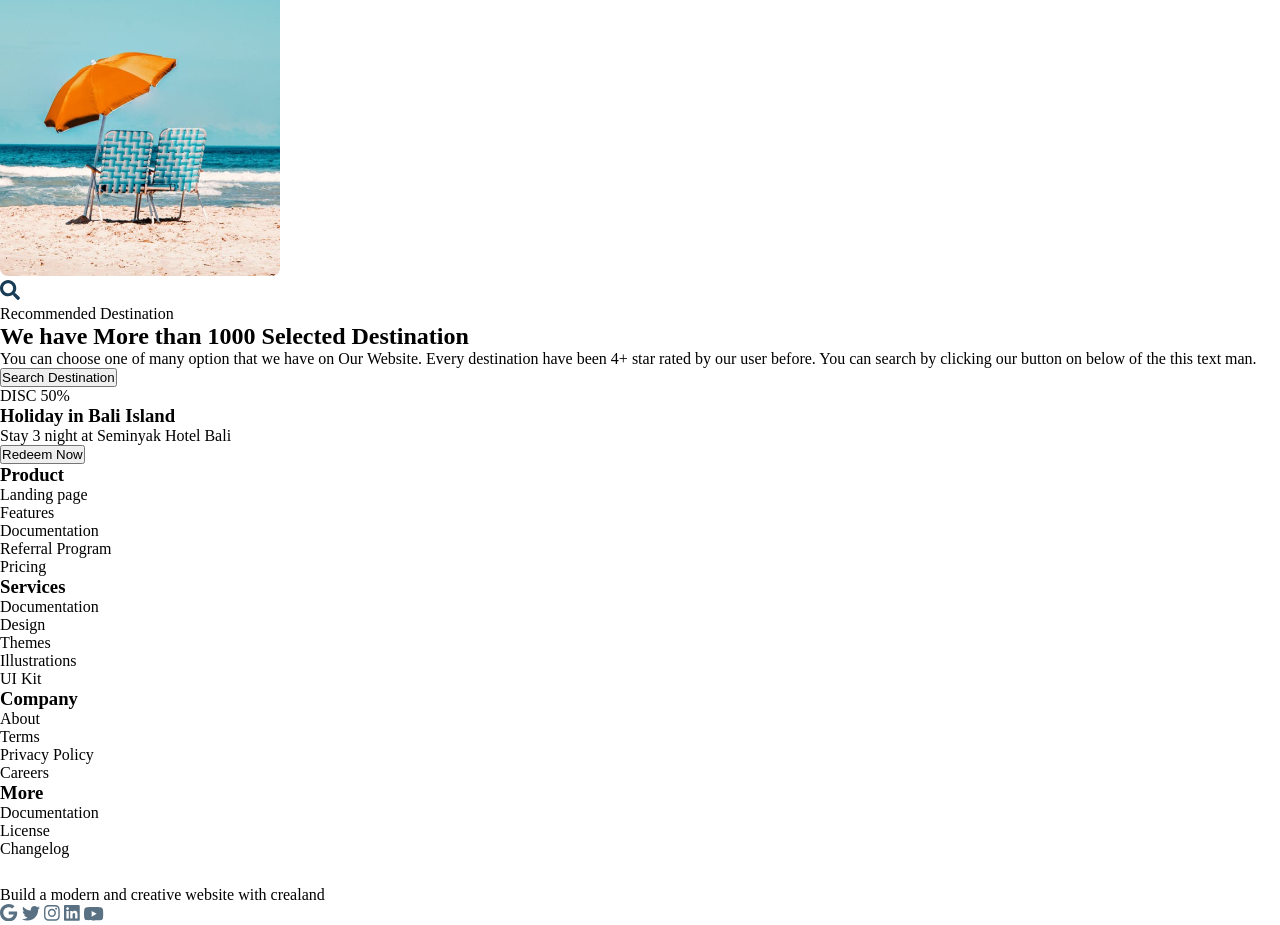
Repository: daviHmoraes/frontcomtailwind
Page: index.html
An editor plug-in stored every save of this project. The page is shown before and after a run of saves, followed by the edit.
The browser window is 1280 px wide. The pictures show the part of the page from y = 3957 to 4909 px (the page is 4882 px tall before and 4909 px after).
A picture or video elsewhere on the page could not be fetched, so the positions and the page height are approximate.

Above is the page before, as saved 2026-08-31 18:25:04.

After the next 3 saves:
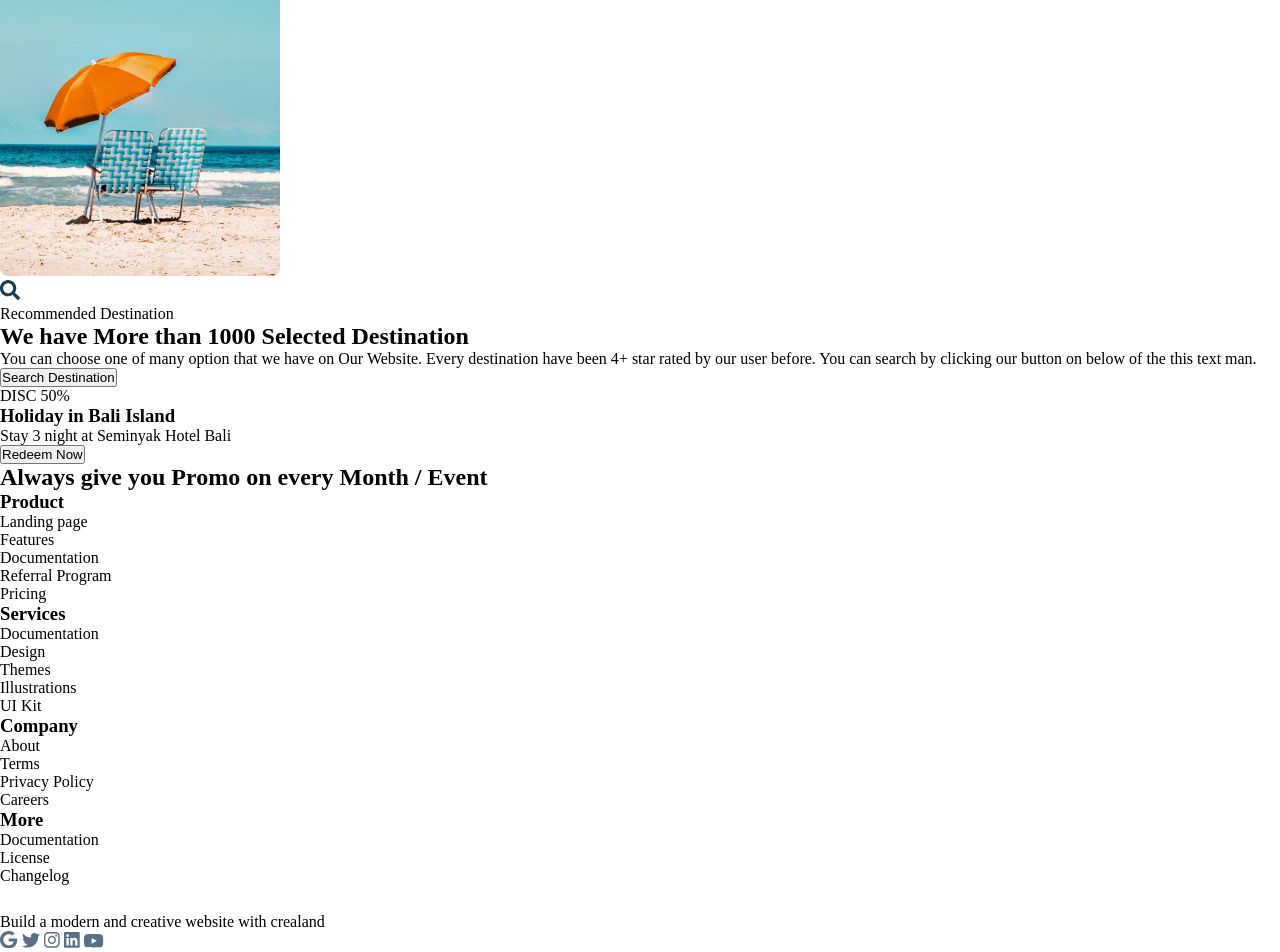
The 3 saves are shown as one change because they came seconds apart.
The last was saved 13 s later.
--- a/index.html
+++ b/index.html
@@ -310,8 +310,10 @@
                 <button class="redeem-now">Redeem Now</button>
             </div>
 
-            <div>
-
+            <div class="promo">
+                <h2>
+                    Always give you Promo on every Month / Event
+                </h2>
             </div>
 
         </section>
